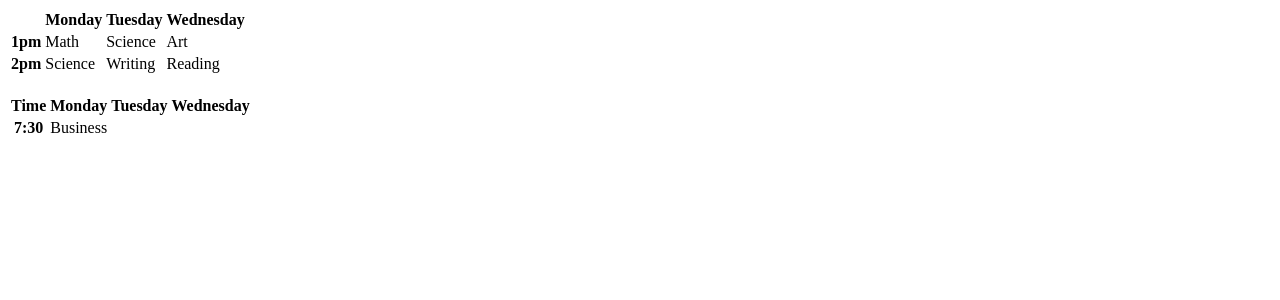
Repository: jefflai0412/website_design
Page: task1.html
These files come from the project's save history. The page is drawn as it stood at one moment and after the next save; the edit follows.
The browser window is 1280 px wide. The pictures show the whole page.

Above is the page before, as saved 2024-10-18 13:37:24.

### task1.html
<!DOCTYPE html>
<html lang="en">
<head>
    <meta charset="UTF-8">
    <meta name="viewport" content="width=device-width, initial-scale=1.0">
    <title>Document</title>
</head>
<body>
    <table>
        <tr>
            <th></th>
            <th>Monday</th>
            <th>Tuesday</th>
            <th>Wednesday</th>
        </tr>

        <tr>
            <th scope="row">1pm</th>
            <td>Math</td>
            <td>Science</td>
            <td>Art</td>
        </tr>

        <tr>
            <th scope="row">2pm</th>
            <td>Science</td>
            <td>Writing</td>
            <td>Reading</td>
        </tr>
    </table>

    <br>

    <table>
        <tr>
            <th>Time</th>
            <th>Monday</th>
            <th>Tuesday</th>
            <th>Wednesday</th>
        </tr>
        <tr>
            <th scope="row">7:30</th>
            <td rowspan="2">Business</td>
        </tr>
    </table>
</body>
</html>

After the next save:
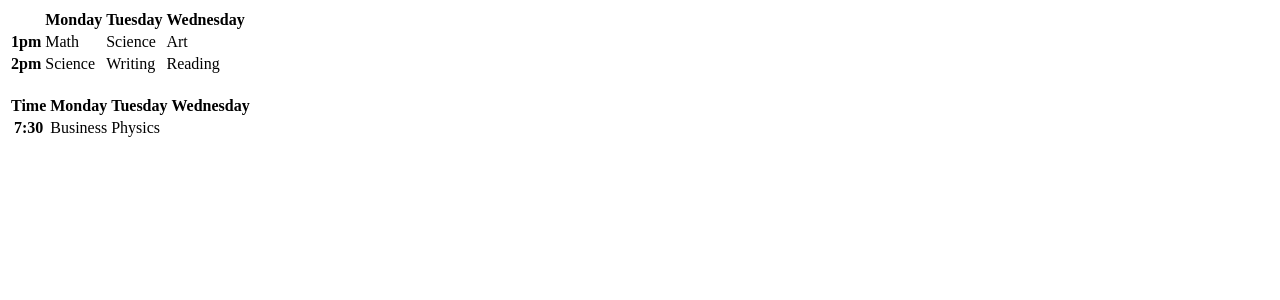
Saved 17 s later.
--- a/task1.html
+++ b/task1.html
@@ -41,6 +41,7 @@
         <tr>
             <th scope="row">7:30</th>
             <td rowspan="2">Business</td>
+            <td>Physics</td>
         </tr>
     </table>
 </body>
